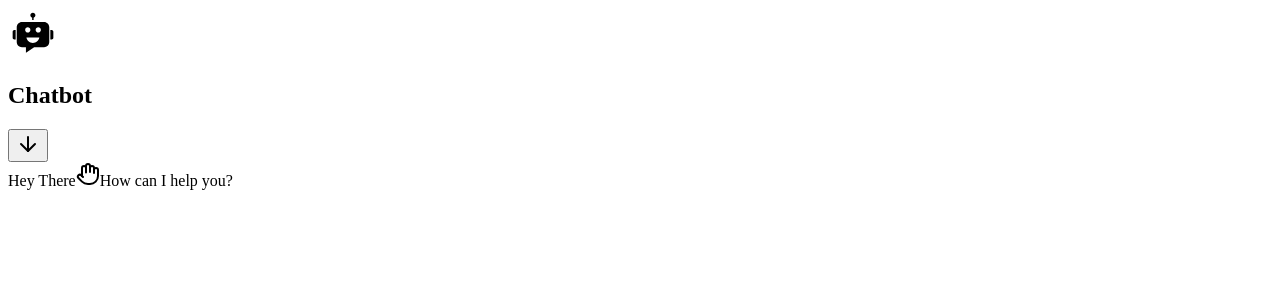
Repository: guilhermecardoso93/ai-bot
Page: /
The author's editor kept a copy of each file at every save. The page is drawn from the files as they stood at one save, then again after the next save.
The browser window is 1280 px wide. The pictures show the whole page.
The project was rebuilt for these pictures with package versions that can differ from the ones it lists, and the page was loaded fresh each time. Also part of the build but not shown: vite.config.js.

Above is the page before, as saved 2024-11-11 19:59:57.

### index.html
<!doctype html>
<html lang="en">
  <head>
    <meta charset="UTF-8" />
    <link rel="icon" type="image/svg+xml" href="/vite.svg" />
    <meta name="viewport" content="width=device-width, initial-scale=1.0" />
    <title>Ai ChatBot</title>
  </head>
  <body>
    <div id="root"></div>
    <script type="module" src="/src/main.jsx"></script>
  </body>
</html>

### src/index.css
:root {

  font-synthesis: none;
  text-rendering: optimizeLegibility;
  -webkit-font-smoothing: antialiased;
  -moz-osx-font-smoothing: grayscale;
}

### src/App.jsx
import { Main } from "./components/Main";

export function App() {
  return (
    <>
      <Main />
    </>
  );
}

### src/components/Main.jsx
import Logo from "../assets/logo.svg";
import Arrow from "../assets/arrow.svg";
import Hand from "../assets/hand.svg";

export function Main() {
  return (
    <div className="chatbot-popup">
      {/* Header */}
      <div className="chat-header">
        <div className="header-info">
          <img src={Logo} alt="" />
          <h2 className="logo-text">Chatbot</h2>
        </div>
        <button className="material-symbols-rounded">
          <img src={Arrow} alt="" />
        </button>
      </div>

      {/* Body */}
      <div className="chat-body">
        <div className="message bot-message">
          <div className="message-text">
            <span className="message-text">
              Hey There
              <img src={Hand} alt="" />
            </span>
            <span>How can I help you?</span>
          </div>
          <div className="message-user">
            <span className="message-text"></span>
          </div>
        </div>
      </div>
    </div>
  );
}

Loaded but not shown: src/main.jsx (common file)

After the next save:
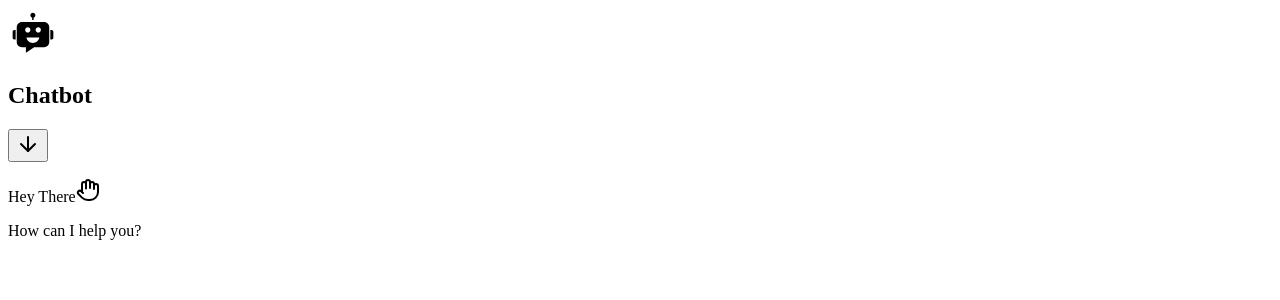
Saved 10 s later.
--- a/src/components/Main.jsx
+++ b/src/components/Main.jsx
@@ -20,14 +20,14 @@ export function Main() {
       <div className="chat-body">
         <div className="message bot-message">
           <div className="message-text">
-            <span className="message-text">
+            <p className="message-text">
               Hey There
               <img src={Hand} alt="" />
-            </span>
-            <span>How can I help you?</span>
+            </p>
+            <p>How can I help you?</p>
           </div>
           <div className="message-user">
-            <span className="message-text"></span>
+            <p className="message-text"></p>
           </div>
         </div>
       </div>
